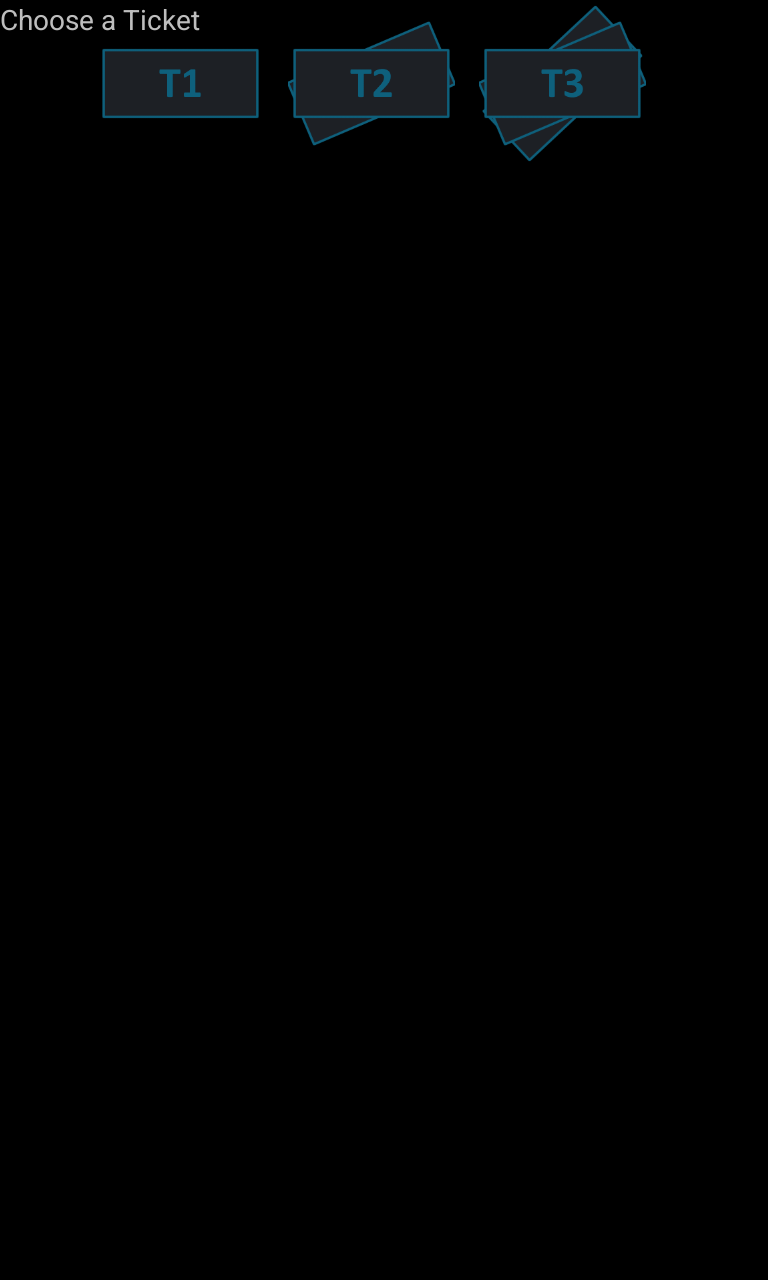
Repository: Nelspike/BusTicketer
Layout: PassengerMode/res/layout/fragment_show_tickets.xml
The author's editor kept a copy of each file at every save. The layout is drawn from the files as they stood at one save, then again after the next save.
It is drawn on a 768 x 1280 px phone screen (xhdpi) without system bars, with theme AppTheme; the app's code is not run.

Above is the layout before, as saved 2013-10-19 20:03:55.

### PassengerMode/res/layout/fragment_show_tickets.xml
<FrameLayout xmlns:android="http://schemas.android.com/apk/res/android"
    xmlns:tools="http://schemas.android.com/tools"
    android:layout_width="match_parent"
    android:layout_height="match_parent"
    tools:context=".ShowTicketsFragment" >

    <TextView
        android:layout_width="match_parent"
        android:layout_height="wrap_content"
        android:text="@string/show_tickets_title"/>

	<RadioGroup
	    android:layout_width="match_parent"
	    android:layout_height="wrap_content"
	    android:orientation="horizontal"
	    android:gravity="center">

	    <RadioButton
	        android:button="@drawable/t1"
	        android:paddingLeft="12dp"/>

	    <RadioButton
	        android:button="@drawable/t2"
	        android:paddingLeft="12dp"/>

	    <RadioButton
	        android:button="@drawable/t3"
	        android:paddingLeft="12dp"/>

	</RadioGroup>


</FrameLayout>

### PassengerMode/res/values/styles.xml
<resources>

    <!--
        Base application theme, dependent on API level. This theme is replaced
        by AppBaseTheme from res/values-vXX/styles.xml on newer devices.
    -->
    <style name="AppBaseTheme" parent="android:Theme.Holo">
        <!--
            Theme customizations available in newer API levels can go in
            res/values-vXX/styles.xml, while customizations related to
            backward-compatibility can go here.
        -->
    </style>

    <!-- Application theme. -->
    <style name="AppTheme" parent="android:Theme.Holo">
        <!-- All customizations that are NOT specific to a particular API-level can go here. -->
    </style>

</resources>

### PassengerMode/res/values/strings.xml
<?xml version="1.0" encoding="utf-8"?>
<resources>

    <string name="app_name">Passenger Mode</string>
    <string name="action_settings">Settings</string>
    <string name="hello_world">Hello world!</string>
    <string name="welcome_string">Welcome to Bus Ticketer!</string>
    <string name="splash_screen_description">Splash Screen Logo</string>
    <string name="splash_screen_terms">Lorem ipsum dolor sit amet, consectetur adipiscing elit. In porta cursus lacus ut porta. Ut luctus et urna eu malesuada. Donec magna diam, mollis molestie est eu, bibendum semper quam. Curabitur rhoncus iaculis nisi ut luctus. Pellentesque habitant morbi tristique senectus et netus et malesuada fames ac turpis egestas. Ut luctus gravida massa, a posuere nunc sagittis ac. Maecenas porta nisi sed interdum varius. Nunc tincidunt turpis nec orci interdum sollicitudin in at nulla. Integer non lorem a elit elementum iaculis consectetur vel ipsum. Aenean sed eros laoreet, egestas lacus eu, accumsan risus. Aliquam consequat sagittis urna, quis accumsan felis malesuada sed.</string>
    <string name="splash_screen_name_label">Name:</string>
    <string name="splash_screen_card_label">CC No.:</string>
    <string name="splash_screen_register_button">Register it up!</string>
    <string name="title_activity_central">CentralActivity</string>
    <string name="hello_blank_fragment">Hello blank fragment</string>
    <string name="description">Generic Description</string>
    <string name="validate_ticket">Validate!</string>
    <string name="show_tickets_title">Choose a Ticket</string>

</resources>

After the next save:
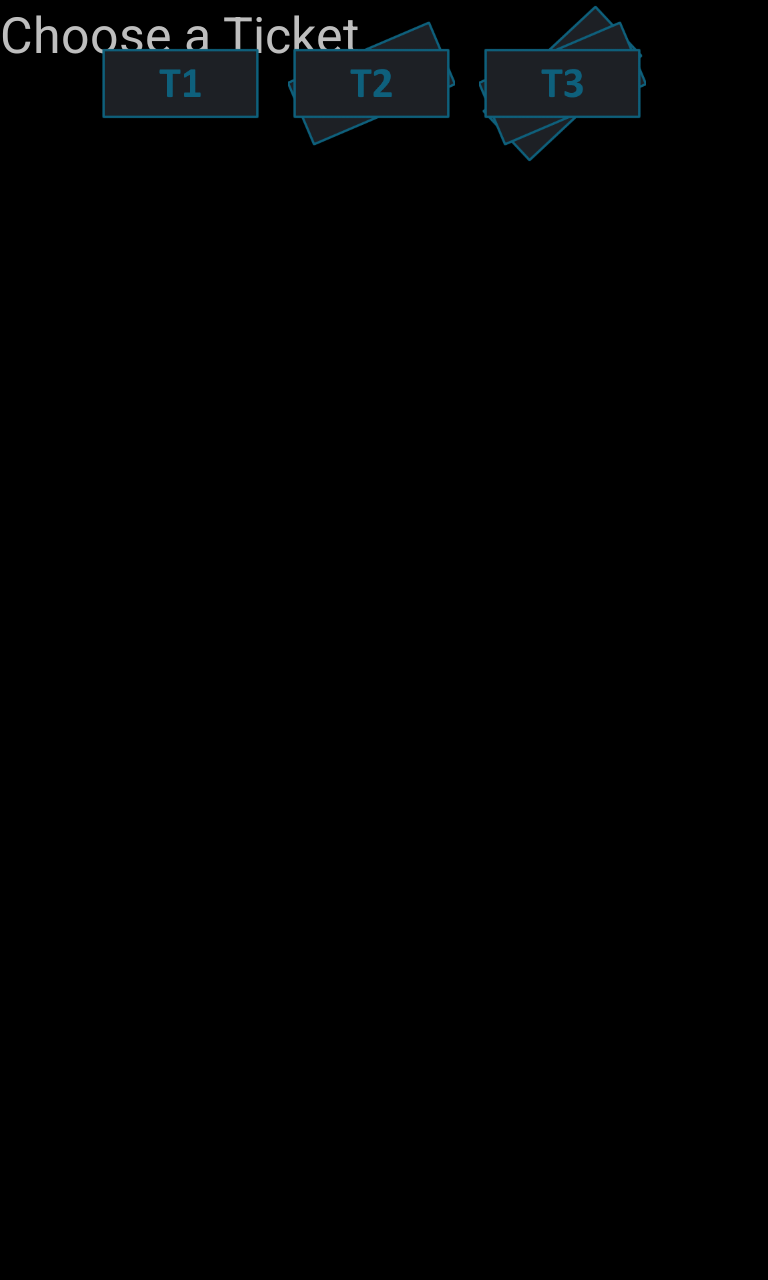
Saved 15 s later.
--- a/PassengerMode/res/layout/fragment_show_tickets.xml
+++ b/PassengerMode/res/layout/fragment_show_tickets.xml
@@ -7,7 +7,8 @@
     <TextView
         android:layout_width="match_parent"
         android:layout_height="wrap_content"
-        android:text="@string/show_tickets_title"/>
+        android:text="@string/show_tickets_title"
+        android:textSize="25sp"/>
 
 	<RadioGroup
 	    android:layout_width="match_parent"
